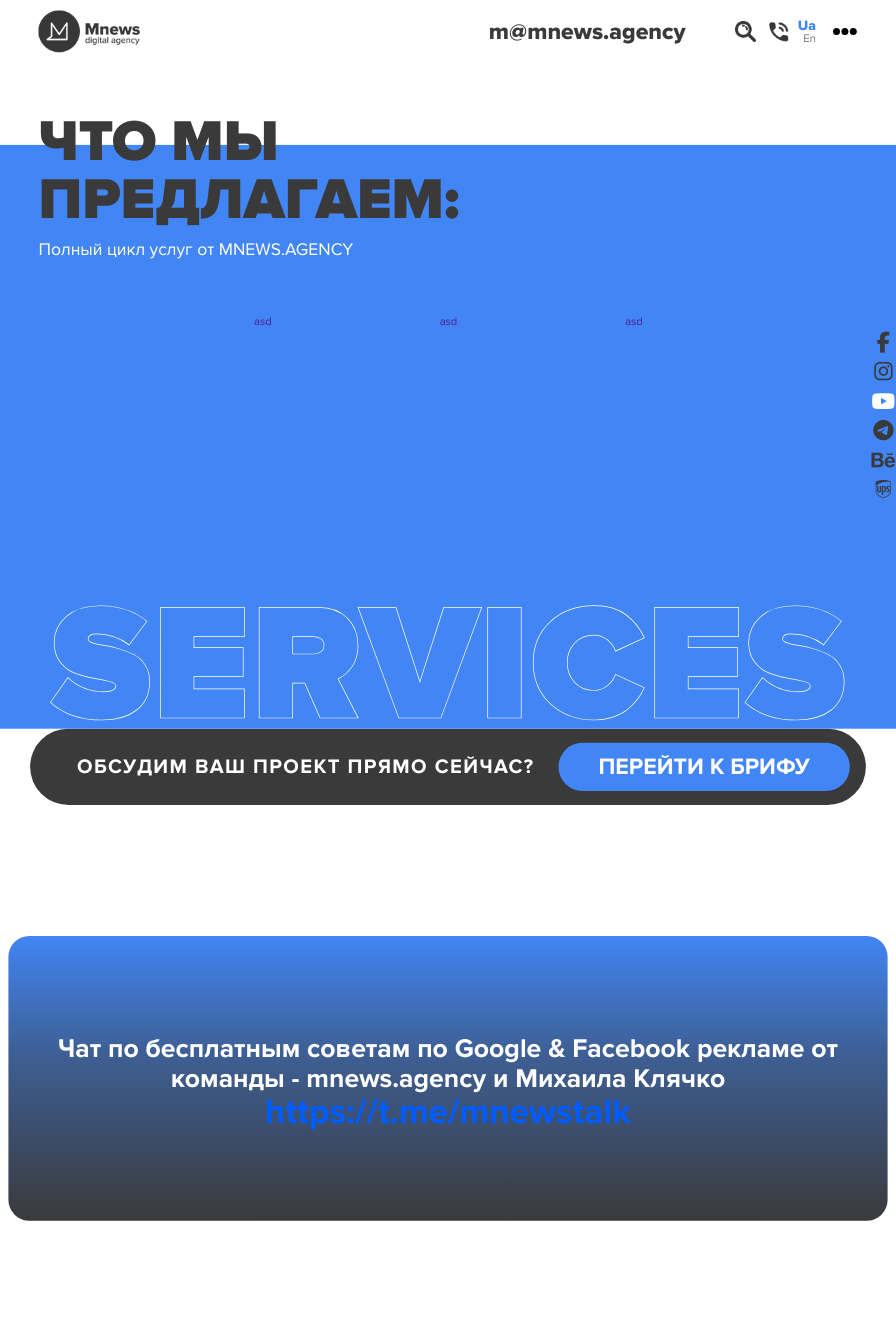
Repository: fanbear/Mnews
Page: services.html
The author's editor kept a copy of each file at every save. The page is drawn from the files as they stood at one save, then again after the next save.
The browser window is 1280 px wide. The pictures show the part of the page from y = 0 to 1920 px (the page is 3394 px tall before and 5394 px after), at 70% of full size.
Some web libraries are served in a nearby version.

Above is the page before, as saved 2022-08-09 15:49:40.

### services.html
<!DOCTYPE html>
<html lang="ua">

<head>
    <meta charset="UTF-8">
    <meta http-equiv="X-UA-Compatible" content="IE=edge">
    <meta name="viewport" content="width=device-width, initial-scale=1">
    <title>Document</title>
    <link rel="stylesheet" href="./css/normalize.css">
    <link rel="stylesheet" href="./css/bootstrap-grid.min.css">
    <link rel="stylesheet" href="./css/critical.css">
    <link rel="stylesheet" href="./css/main.css">
    <link rel="stylesheet" href="https://cdnjs.cloudflare.com/ajax/libs/font-awesome/6.1.2/css/all.min.css">
    <link rel="stylesheet" type="text/css" href="./css/slick.css" />


</head>

<body>
    <header class="header">
        <div class="container">
            <div class="row">
                <div class="col-xl-2">
                    <a href="/" class="header-logo">
                        <img src="./image/logotype.png" alt="Mnews" width="145" height="60">
                    </a>
                </div>
                <div class="col-xl-4"></div>
                <div class="col-xl-4"><a class="header-mail" href="mailTo:m@mnews.agency ">m@mnews.agency</a></div>
                <div class="col-xl-1 header-active">
                    <div class="header-search">
                        <img src="./image/search.png" alt="search-mnews" width="30" height="30">
                    </div>
                    <div class="header-callback">
                        <a href="tel:09966668741"><img src="./image/callback.png" width="27" height="27"
                                alt="mnews-callback"></a>
                    </div>
                </div>
                <div class="col-xl-1 header-menu">
                    <div class="header-language">
                        <a class="header-language__active" href="/">Ua</a>
                        <a href="/en">En</a>
                    </div>
                    <div class="header-menu">
                        <div class="header-menu__button">
                            <span class="circle"></span>
                            <span class="circle"></span>
                            <span class="circle"></span>
                        </div>
                        <div class="header-menu__list">
                            <ul>
                                <li><a href="/">О нас</a></li>
                                <li><a href="/">Отзывы</a></li>
                                <li><a href="/">Услуги</a></li>
                                <li><a href="/">Портфолио</a></li>
                                <li><a href="/">Клиенты</a></li>
                                <li><a href="/">Статьи</a></li>
                                <li><a href="/">Курс по Merchant Center</a></li>
                                <li><a href="/">Курсы по digital маркетингу</a></li>
                            </ul>
                        </div>
                    </div>
                </div>
            </div>
        </div>
    </header>
    <main class="main">
        <div class="services-page container-fluid">
            <div class="container services-page__wrapper">
                <div class="row">
                    <div class="services-page__title">Что мы <br> предлагаем:</div>
                    <div class="services-page__subtitle">Полный цикл услуг от MNEWS.AGENCY</div>
                </div>
            </div>
            <div class="container-fluid">
                <div class="slider-wrapper slider-team">
                    <div class="slider-item">
                        <div class="slider-item__theme">
                            <a href="">asd</a>
                        </div>
                    </div>
                    <div class="slider-item">
                        <div class="slider-item__theme">
                            <a href=""></a>
                        </div>
                    </div>
                    <div class="slider-item">
                        <div class="slider-item__theme">
                            <a href=""></a>
                        </div>
                    </div>
                    <div class="slider-item">
                        <div class="slider-item__theme">
                            <a href=""></a>
                        </div>
                    </div>
                    <div class="slider-item">
                        <div class="slider-item__theme">
                            <a href=""></a>
                        </div>
                    </div>
                </div>
            </div>
            <div class="overtext"><span>SERVICES</span></div>
            <div class="main-agency__network">
                <a href="/"><i class="fa-brands fa-facebook-f"></i></a>
                <a href="/"><i class="fa-brands fa-instagram"></i></a>
                <a href="/"><i class="fa-brands fa-youtube"></i></a>
                <a href="/"><i class="fa-brands fa-telegram"></i></a>
                <a href="/"><i class="fa-brands fa-behance"></i></a>
                <a href="/"><i class="fa-brands fa-ups"></i></a>
            </div>
        </div>

        <div class="container brif">
            <div class="row">
                <div class="brif-wrapper">
                    <div class="brif-title">Обсудим Ваш проект прямо сейчас?</div>
                    <div class="brif-button"><a href="">Перейти к брифу</a></div>
                </div>
            </div>
        </div>
        <div class="container telegram">
            <div class="telegram-title">
                Чат по бесплатным советам по Google & Facebook рекламе
                от команды - mnews.agency и Михаила Клячко
            </div>
            <div class="telegram-subtitle"><a href="">https://t.me/mnewstalk</a></div>
        </div>
    </main>
    <footer class="footer">
        <div class="footer-wrapper">
            <div class="container">
                <div class="row">
                    <div class="footer-contact col-xl-5">
                        <div class="footer-contact__title">КОНТАКТЫ</div>
                        <div class="footer-contact__phone"> <a href="tel:0671995056">+38 (067) 199 50 56</a></div>
                        <div class="footer-contact__mail"><a href="mailto:m@mnews.agency ">m@mnews.agency</a></div>
                        <div class="footer-contact__adress">г. Харьков, пер. Отакара Яроша, 12 а, 61000, Харьков,
                            Харьковская область
                        </div>
                        <div class="footer-contact__social">
                            <a href="/"><i class="fa-brands fa-facebook-f"></i></a>
                            <a href="/"><i class="fa-brands fa-instagram"></i></a>
                            <a href="/"><i class="fa-brands fa-youtube"></i></a>
                            <a href="/"><i class="fa-brands fa-telegram"></i></a>
                            <a href="/"><i class="fa-brands fa-behance"></i></a>
                            <a href="/"><i class="fa-brands fa-ups"></i></a>
                            <a href=""></a>
                        </div>
                    </div>
                    <div class="col-xl-7 footer-promo">
                        <img class="img-responsive" src="./image/footer-raiting-img.png" alt="">
                        <div class="footer-promo__raiting">
                            <img class="img-responsive" src="./image/footer-raiting-1.jpg" alt="Google-партнером-1">
                            <img class="img-responsive" src="./image/footer-raiting-2.jpg" alt="Google-партнером-2">
                            <img class="img-responsive" src="./image/footer-raiting-3.jpg" alt="Google-партнером-3">
                            <img class="img-responsive" src="./image/footer-raiting-4.jpg" alt="Google-партнером-4">
                        </div>
                    </div>
                    <div class="col-xl-12 fotter-bottom">
                        <img class="img-responsive" src="./image/footer-bottom-1.jpg"
                            alt="Спілка українськиї Підприємств">
                        <img class="img-responsive" src="./image/footer-bottom-2.png" alt="Kharkiv it claster">
                    </div>
                </div>
            </div>
            <div class="footer-copyright">
                <div class="container">
                    <div class="row">
                        <div class="col-xl-12 footer-logo">
                            <img class="img-responsive" src="./image/footer-logo.png" alt="mnews">
                        </div>
                        <div class="col-xl-12 footer-text">
                            <p>Copyright © 2016-2022 - агентство интернет-маркетинга Михаила Клячко - mnews.agency
                                Этот сайт использует cookie-файлы для предоставления услуг в соответствии с нашей
                                политикой конфиденциальности.
                                Ваши данные никогда не будут переданы 3-м лицам или использованы в мошеннических целях.
                            </p>
                        </div>
                        <div class="col-xl-12 footer-text-2">
                            <p>Вы можете указать условия хранения или доступа cookie в вашем браузере.</p>
                            <a href="">договор публичной оферты</a>
                        </div>
                        <div class="col-xl-12 fotter-edr">
                            <p>ОВ МАРКЕТИНГ НЬЮ СОЛЮШНС</p>
                            <p>Код ЄДРПОУ: 44532753</p>
                        </div>
                        <div class="col-xl-12 footer-place">
                            <p>Юридична адреса: Україна, Харківська область, місто Харків, провулок Отакара Яроша, буд.
                                12А</p>
                        </div>
                    </div>
                </div>
            </div>
        </div>

        <script src="/js/bootstrap.min.js"></script>
        <script src="js/menu.js"></script>
        <script src="js/main.js"></script>
        <script src="https://kit.fontawesome.com/97e5db9e95.js" crossorigin="anonymous"></script>
        <script src="https://code.jquery.com/jquery-1.11.0.min.js"></script>
        <script src="https://code.jquery.com/jquery-migrate-1.2.1.min.js"></script>
        <script src="./js/slick.min.js"></script>
        <script src="./js/slider.js"></script>


    </footer>
</body>



</html>

### js/slider.js
$('.slider-reviews').slick({
    dots: false,
    infinite: true,
    slidesToShow: 4,
    slidesToScroll: 1,
    variableWidth: true,
    prevArrow: "<button type='button' class='slick-prev pull-left'><i class='fa fa-angle-left' aria-hidden='true'></i></button>",
    nextArrow: "<button type='button' class='slick-next pull-left'><i class='fa fa-angle-right' aria-hidden='true'></i></button>",
    responsive: [
        {
            breakpoint: 1024,
            settings: {
                slidesToShow: 3,
                slidesToScroll: 3,
                infinite: true,
                dots: false
            }
        },
        {
            breakpoint: 600,
            settings: {
                slidesToShow: 2,
                slidesToScroll: 2
            }
        },
        {
            breakpoint: 480,
            settings: {
                slidesToShow: 1,
                slidesToScroll: 1
            }
        }
    ]
});
$('.slider-blog').slick({
    dots: false,
    infinite: true,
    slidesToShow: 6,
    slidesToScroll: 1,
    variableWidth: true,
    centerMode: true,
    prevArrow: "<button type='button' class='slick-prev pull-left'><i class='fa fa-angle-left' aria-hidden='true'></i></button>",
    nextArrow: "<button type='button' class='slick-next pull-left'><i class='fa fa-angle-right' aria-hidden='true'></i></button>",
    responsive: [
        {
            breakpoint: 1024,
            settings: {
                slidesToShow: 3,
                slidesToScroll: 3,
                infinite: true,
                dots: false
            }
        },
        {
            breakpoint: 600,
            settings: {
                slidesToShow: 2,
                slidesToScroll: 2
            }
        },
        {
            breakpoint: 480,
            settings: {
                slidesToShow: 1,
                slidesToScroll: 1
            }
        }
    ]
});
$('.slider-team').slick({
    dots: false,
    infinite: true,
    slidesToShow: 4,
    slidesToScroll: 1,
    variableWidth: true,
    centerMode: true,
    prevArrow: "<button type='button' class='slick-prev pull-left'><i class='fa fa-angle-left' aria-hidden='true'></i></button>",
    nextArrow: "<button type='button' class='slick-next pull-left'><i class='fa fa-angle-right' aria-hidden='true'></i></button>",
    responsive: [
        {
            breakpoint: 1024,
            settings: {
                slidesToShow: 3,
                slidesToScroll: 3,
                infinite: true,
                dots: false
            }
        },
        {
            breakpoint: 600,
            settings: {
                slidesToShow: 2,
                slidesToScroll: 2
            }
        },
        {
            breakpoint: 480,
            settings: {
                slidesToShow: 1,
                slidesToScroll: 1
            }
        }
    ]
});

### css/settings.css
:root {
    /* color */
    --main-text-color: #3a3a3a;
    --color-darkgrey: #3a3a3a;
    --color-blue: #4285f4;
    /* font-size */
    --minimal-text-size: 29px;
    --standart-text-size: 33px;
    --medium-text-size: 63px;
    --big-text-size: 83px;
}

/* :text {

} */

Loaded but not shown: css/normalize.css (library); css/bootstrap-grid.min.css (library); css/slick.css (common file); js/bootstrap.min.js (library); js/slick.min.js (library); js/main.js (68 lines, source omitted); js/menu.js (16 lines, source omitted); css/main.css (1588 lines, source omitted); css/critical.css (578 lines, source omitted)

After the next save:
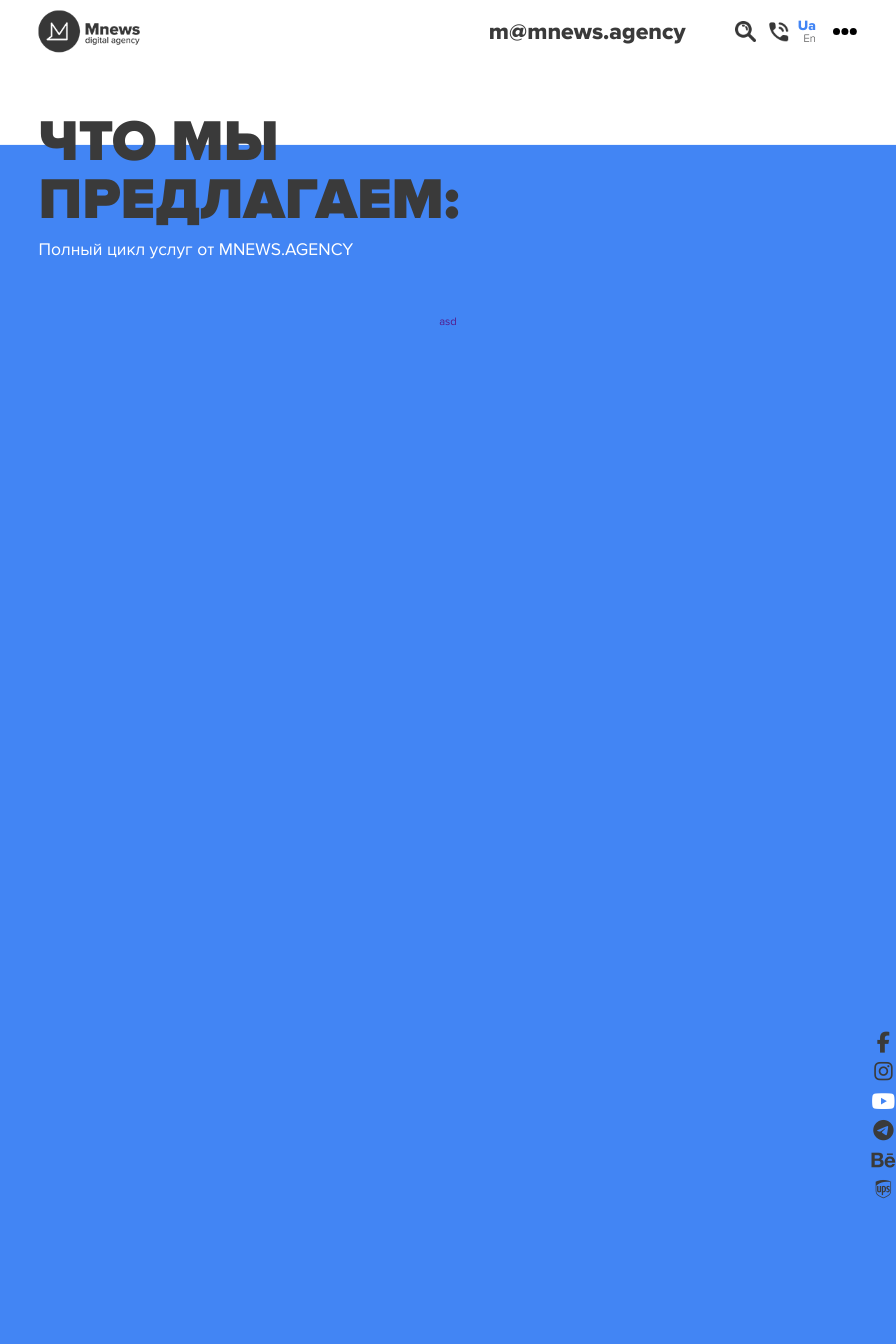
Saved 26 s later.
--- a/services.html
+++ b/services.html
@@ -73,7 +73,7 @@
                 </div>
             </div>
             <div class="container-fluid">
-                <div class="slider-wrapper slider-team">
+                <div class="slider-wrapper slider-services">
                     <div class="slider-item">
                         <div class="slider-item__theme">
                             <a href="">asd</a>

After the save that followed:
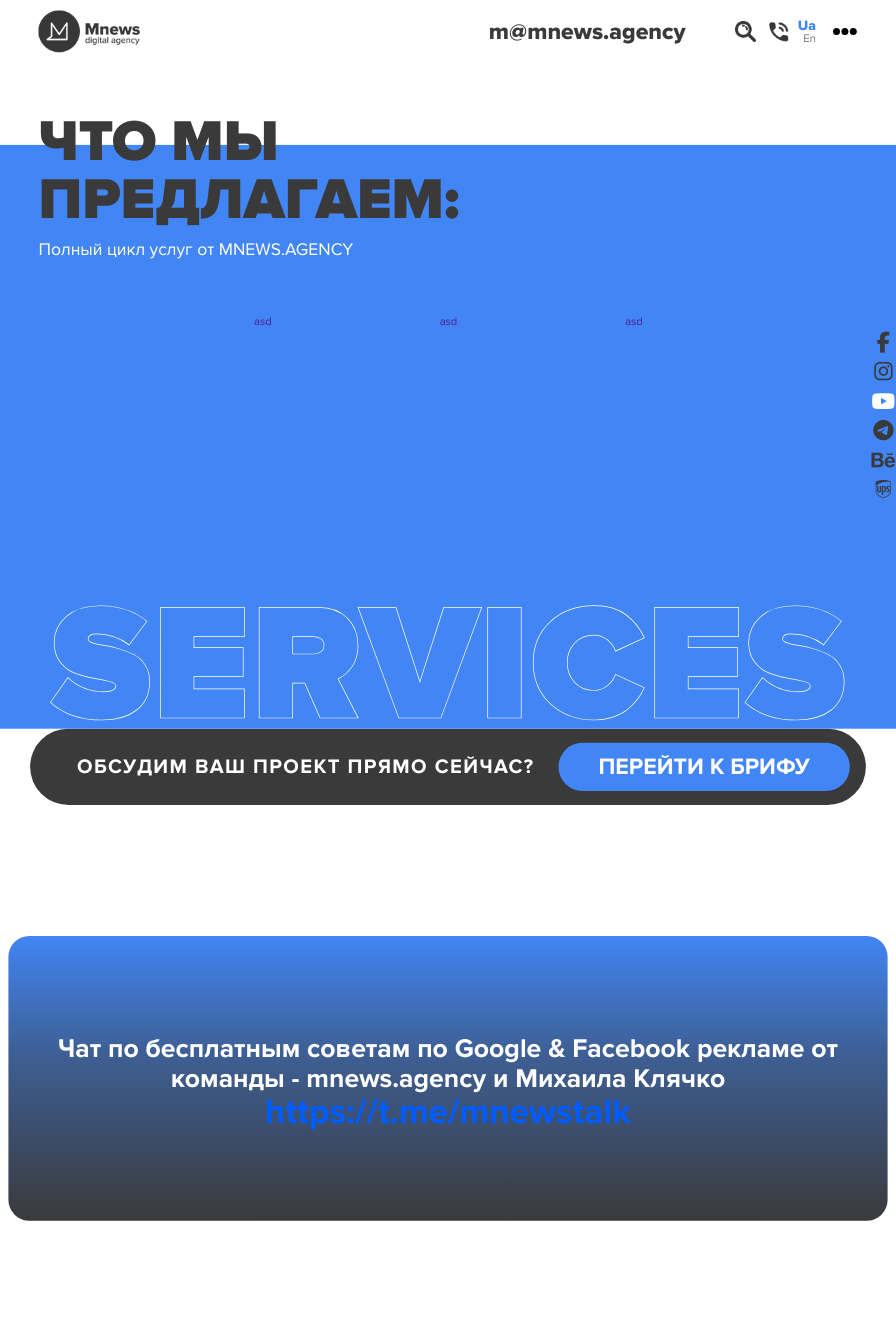
Saved 27 s later.
--- a/js/slider.js
+++ b/js/slider.js
@@ -102,3 +102,38 @@
         }
     ]
 });
+$('.slider-services').slick({
+    dots: false,
+    infinite: true,
+    slidesToShow: 4,
+    slidesToScroll: 1,
+    variableWidth: true,
+    centerMode: true,
+    prevArrow: "<button type='button' class='slick-prev pull-left'><i class='fa fa-angle-left' aria-hidden='true'></i></button>",
+    nextArrow: "<button type='button' class='slick-next pull-left'><i class='fa fa-angle-right' aria-hidden='true'></i></button>",
+    responsive: [
+        {
+            breakpoint: 1024,
+            settings: {
+                slidesToShow: 3,
+                slidesToScroll: 3,
+                infinite: true,
+                dots: false
+            }
+        },
+        {
+            breakpoint: 600,
+            settings: {
+                slidesToShow: 2,
+                slidesToScroll: 2
+            }
+        },
+        {
+            breakpoint: 480,
+            settings: {
+                slidesToShow: 1,
+                slidesToScroll: 1
+            }
+        }
+    ]
+});
